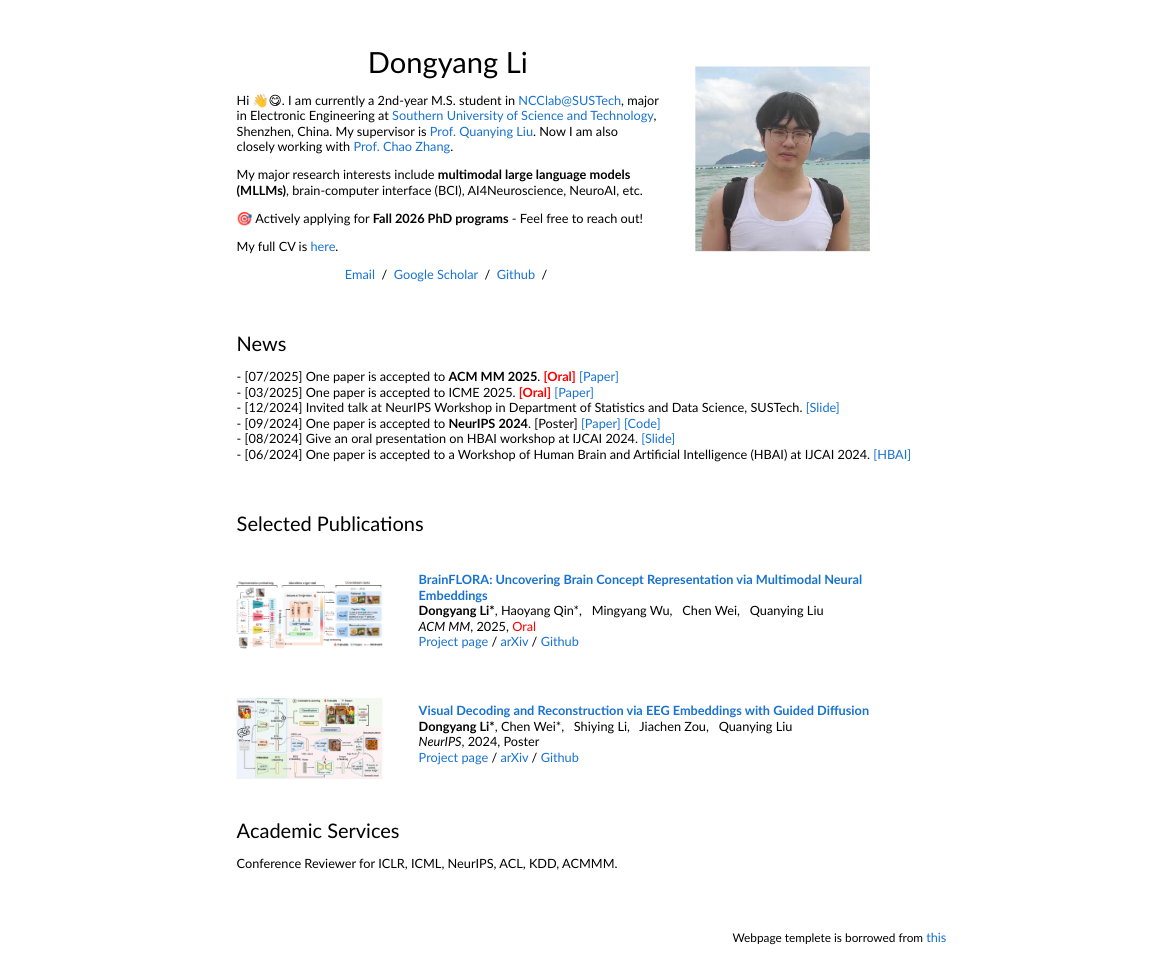
Repository: dongyangli-del/dongyangli-del.github.io
Page: index.html
These files come from the project's save history. The page is drawn as it stood at one moment and after the next save; the edit follows.
The browser window is 1280 px wide. The pictures show the whole page, at 91% of full size.

Above is the page before, as saved 2025-07-12 21:15:29.

After the next save:
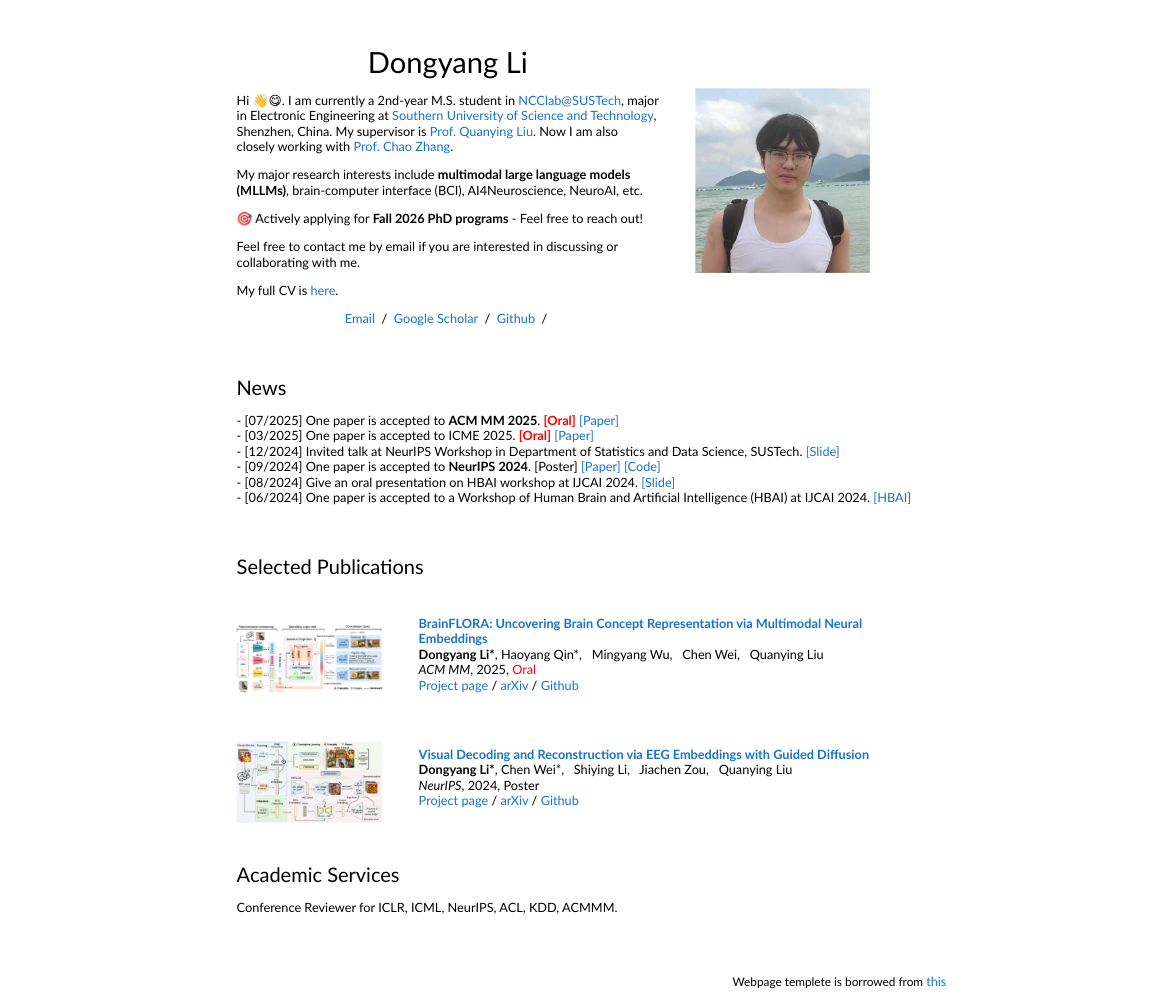
Saved 27 s later.
--- a/index.html
+++ b/index.html
@@ -52,7 +52,9 @@
                 <p>
                   My major research interests include <strong>multimodal large language models (MLLMs)</strong>, brain-computer interface (BCI), AI4Neuroscience, NeuroAI, etc.
                 </p>
-                <p>🎯 Actively applying for <strong>Fall 2026 PhD programs</strong> - Feel free to reach out!</p>
+                <p>🎯 Actively applying for <strong>Fall 2026 PhD programs</strong> - Feel free to reach out!</p> Feel free to contact me by email if you are interested in discussing or collaborating with me.
+
+
                 <p>
                   My full CV is <a href="https://dongyangli-del.github.io/files/Dongyang_Li_CV.pdf">here</a>.
                 </p>
